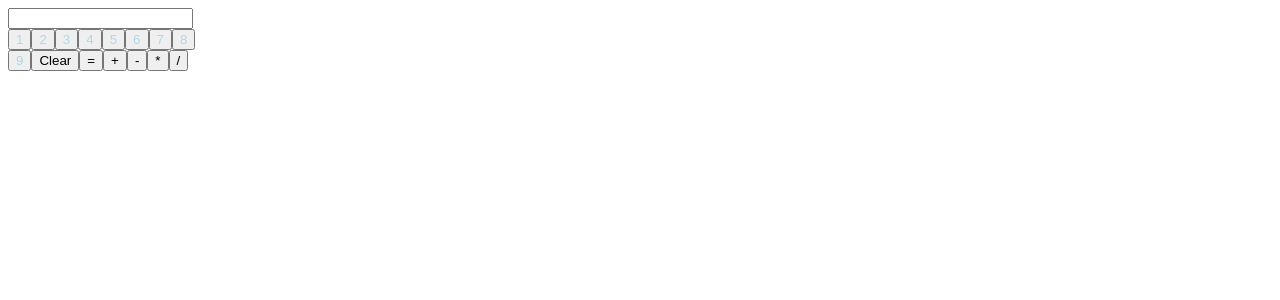
Repository: weazzyefff/Calculator-App
Page: index.html
These files come from the project's save history. The page is drawn as it stood at one moment and after the next save; the edit follows.
The browser window is 1280 px wide. The pictures show the whole page.

Above is the page before, as saved 2022-12-16 17:45:51.

### index.html
<!DOCTYPE html>
<html>
<head>
	<meta charset="utf-8">
	<meta name="viewport" content="width=device-width, initial-scale=1">
	<title>Calculator App</title>
    <link rel="stylesheet" href="style.css">
</head>
<body>
    <div class="container">
        <input>
        <button type ="input" class="numbtn">1</button>
        <button type ="input" class="numbtn">2</button>
        <button type ="input" class="numbtn">3</button>
        <button type ="input" class="numbtn">4</button>
        <button type ="input" class="numbtn">5</button>
        <button type ="input" class="numbtn">6</button>
        <button type ="input" class="numbtn">7</button>
        <button type ="input" class="numbtn">8</button>
        <button type ="input" class="numbtn">9</button>
        <button type ="input">Clear</button>
        <button type ="input">=</button>
        <button type ="input">+</button>
        <button type = "input">-</button>
        <button type = "input">*</button>
        <button type = "input">/</button>
    </div>


</body>
</html>

### style.css
.container {
    width: 200px;
    display: flex;
    flex-wrap: wrap;
}

.numbtn {
    color: lightblue;
}

After the next save:
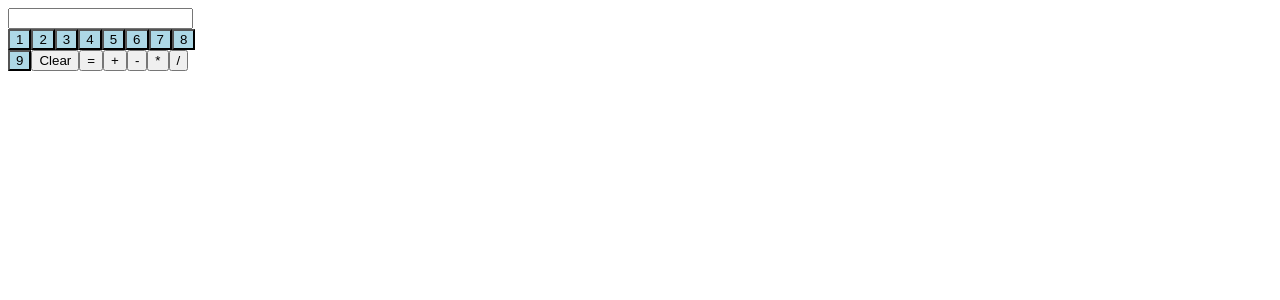
Saved 21 s later.
--- a/style.css
+++ b/style.css
@@ -5,5 +5,5 @@
 }
 
 .numbtn {
-    color: lightblue;
+    background-color: lightblue;
 }
